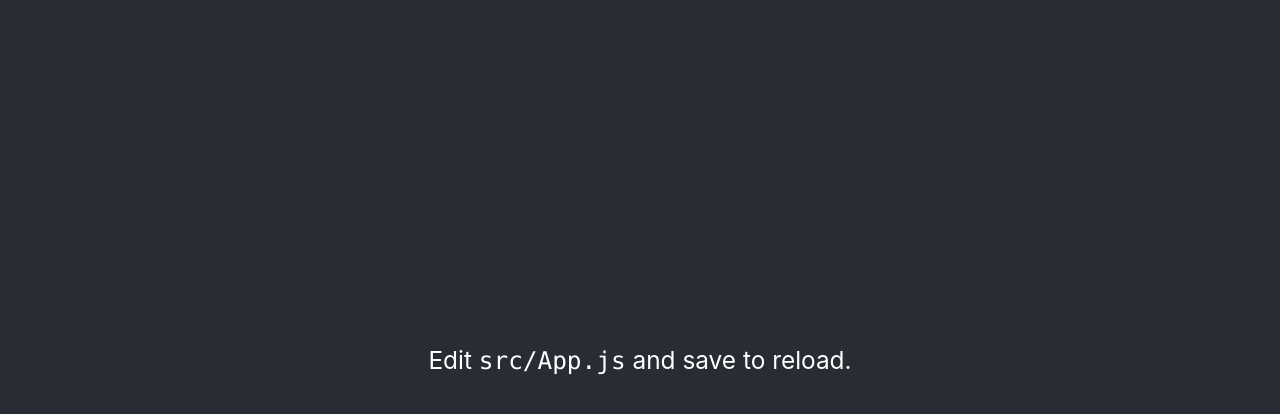
Repository: tuan842001/thulam
Page: /
An editor plug-in stored every save of this project. The page is shown before and after the next save, followed by the edit.
The browser window is 1280 px wide. The pictures show the whole page.
The project was rebuilt for these pictures with package versions that can differ from the ones it lists, and the page was loaded fresh each time.

Above is the page before, as saved 2022-01-11 14:23:46.

After the next save:
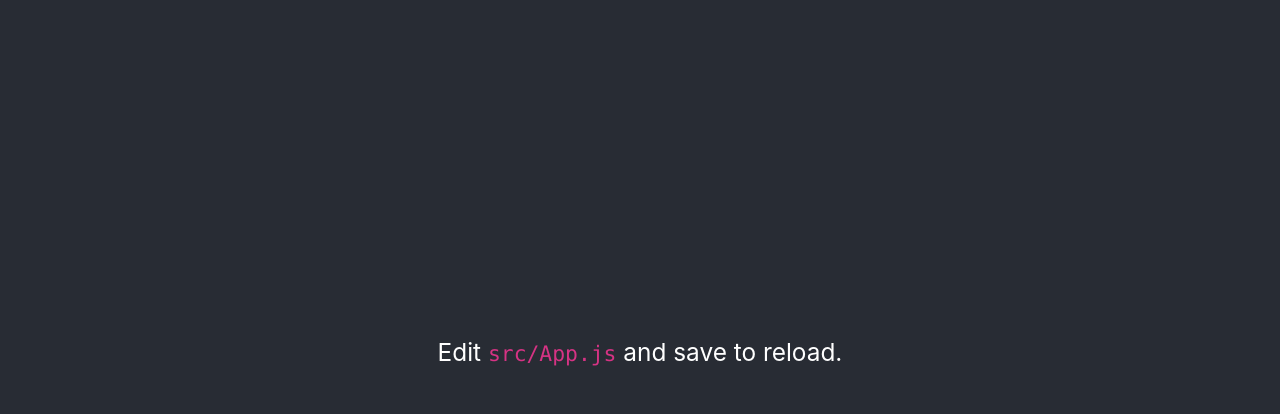
Saved 9 min 0 s later.
--- a/public/index.html
+++ b/public/index.html
@@ -9,6 +9,9 @@
       name="description"
       content="Web site created using create-react-app"
     />
+
+    <link href="https://cdn.jsdelivr.net/npm/bootstrap@5.1.3/dist/css/bootstrap.min.css" rel="stylesheet" integrity="sha384-1BmE4kWBq78iYhFldvKuhfTAU6auU8tT94WrHftjDbrCEXSU1oBoqyl2QvZ6jIW3" crossorigin="anonymous">
+<script src="https://cdn.jsdelivr.net/npm/bootstrap@5.1.3/dist/js/bootstrap.bundle.min.js" integrity="sha384-ka7Sk0Gln4gmtz2MlQnikT1wXgYsOg+OMhuP+IlRH9sENBO0LRn5q+8nbTov4+1p" crossorigin="anonymous"></script>
     <title>React App</title>
   </head>
   <body>
